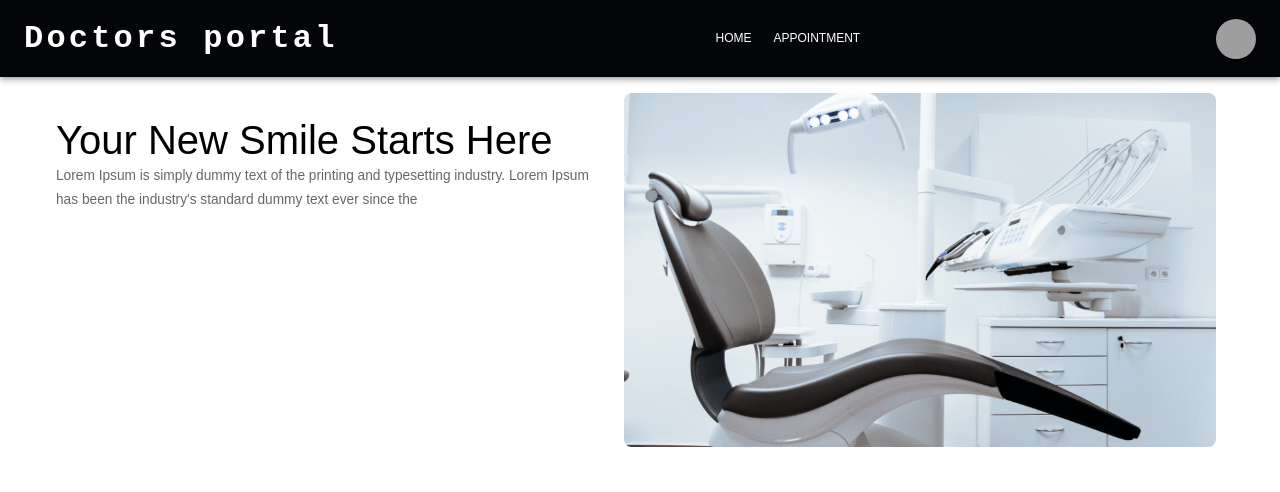
Repository: mdrubel02/health-care
Page: /
An editor plug-in stored every save of this project. The page is shown before and after the next save, followed by the edit.
The browser window is 1280 px wide. The pictures show the whole page.
Pictures or frames that could not be fetched are drawn as grey boxes. The project was rebuilt for these pictures with package versions that can differ from the ones it lists, and the page was loaded fresh each time. Also part of the build but not shown: src/Pages/Appointment/Appointment.js.

Above is the page before, as saved 2022-11-14 16:57:34.

### src/index.js
import React from 'react';
import ReactDOM from 'react-dom';
import './index.css';
import App from './App';
import reportWebVitals from './reportWebVitals';
import { ColorContextProvider } from './Theme/Theme';

ReactDOM.render(
  <React.StrictMode>
    <ColorContextProvider>
      <App />
    </ColorContextProvider>
  </React.StrictMode>,
  document.getElementById('root')
);

// If you want to start measuring performance in your app, pass a function
// to log results (for example: reportWebVitals(console.log))
// or send to an analytics endpoint. Learn more: https://bit.ly/CRA-vitals
reportWebVitals();

### src/App.js
import { RouterProvider } from 'react-router-dom';
import router from './Layout/router';

function App() {
  return (
    <div>
     <RouterProvider router={router}></RouterProvider>
    </div>
  );
}

export default App;

### src/Theme/Theme.js
import { createTheme, ThemeProvider } from "@mui/material";
import { createContext, useMemo, useState } from "react";

// color design tokens export
export const DrawerWidth = 250;
export const tokens = (mode) => ({
    ...(mode === "dark"
        ? {
            grey: {
                100: "#e0e0e0",
                200: "#c2c2c2",
                300: "#a3a3a3",
                400: "#858585",
                500: "#666666",
                600: "#525252",
                700: "#3d3d3d",
                800: "#292929",
                900: "#141414",
            },
            primary: {
                100: "#d0d1d5",
                200: "#a1a4ab",
                300: "#727681",
                400: "#1F2A40",
                500: "#141b2d",
                600: "#101624",
                700: "#0c101b",
                800: "#080b12",
                900: "#040509",
            },
            greenAccent: {
                100: "#dbf5ee",
                200: "#b7ebde",
                300: "#94e2cd",
                400: "#70d8bd",
                500: "#4cceac",
                600: "#3da58a",
                700: "#2e7c67",
                800: "#1e5245",
                900: "#0f2922",
            },
            redAccent: {
                100: "#f8dcdb",
                200: "#f1b9b7",
                300: "#e99592",
                400: "#e2726e",
                500: "#db4f4a",
                600: "#af3f3b",
                700: "#832f2c",
                800: "#58201e",
                900: "#2c100f",
            },
            blueAccent: {
                100: "#e1e2fe",
                200: "#c3c6fd",
                300: "#a4a9fc",
                400: "#868dfb",
                500: "#6870fa",
                600: "#535ac8",
                700: "#3e4396",
                800: "#2a2d64",
                900: "#151632",
            },
        }
        : {
            grey: {
                100: "#141414",
                200: "#292929",
                300: "#3d3d3d",
                400: "#525252",
                500: "#666666",
                600: "#858585",
                700: "#a3a3a3",
                800: "#c2c2c2",
                900: "#e0e0e0",
            },
            primary: {
                100: "#040509",
                200: "#080b12",
                300: "#0c101b",
                400: "#f2f0f0", // manually changed
                500: "#141b2d",
                600: "#1F2A40",
                700: "#727681",
                800: "#a1a4ab",
                900: "#d0d1d5",
            },
            greenAccent: {
                100: "#0f2922",
                200: "#1e5245",
                300: "#2e7c67",
                400: "#3da58a",
                500: "#4cceac",
                600: "#70d8bd",
                700: "#94e2cd",
                800: "#b7ebde",
                900: "#dbf5ee",
            },
            redAccent: {
                100: "#2c100f",
                200: "#58201e",
                300: "#832f2c",
                400: "#af3f3b",
                500: "#db4f4a",
                600: "#e2726e",
                700: "#e99592",
                800: "#f1b9b7",
                900: "#f8dcdb",
            },
            blueAccent: {
                100: "#151632",
                200: "#2a2d64",
                300: "#3e4396",
                400: "#535ac8",
                500: "#6870fa",
                600: "#868dfb",
                700: "#a4a9fc",
                800: "#c3c6fd",
                900: "#e1e2fe",
            },
        }),
});

// mui theme settings
export const themeSettings = (mode) => {
    const colors = tokens(mode);
    return {
        palette: {
            mode: mode,
            ...(mode === "dark"
                ? {
                    // palette values for dark mode
                    primary: {
                        main: colors.primary[500],
                    },
                    secondary: {
                        main: colors.greenAccent[500],
                    },
                    neutral: {
                        dark: colors.grey[700],
                        main: colors.grey[500],
                        light: colors.grey[100],
                    },
                    background: {
                        default: colors.primary[500],
                    },
                }
                : {
                    // palette values for light mode
                    primary: {
                        main: colors.primary[100],
                    },
                    secondary: {
                        main: colors.greenAccent[500],
                    },
                    neutral: {
                        dark: colors.grey[700],
                        main: colors.grey[500],
                        light: colors.grey[100],
                    },
                    background: {
                        default: "#fcfcfc",
                    },
                }),
        },
        components: {

            MuiButton: {
                defaultProps: {
                    disableRipple: true,
                    disableElevation: true,
                    styleOverrides: {
                        textDecoration: 'none',
                        "&:hover": {
                            color: "#fff"
                        }
                    },
                },
                MuiTooltip: {
                    defaultProps: {
                      arrow: true,
                    },
                    styleOverrides: {
                      tooltip: {
                        background: '',
                      },
                      arrow: {
                        color: '',
                      },
                    },
                  },
            },
            MuiDrawer: {
                styleOverrides: {
                  paper: {
                    width: DrawerWidth,
                    background: '',
                    color: '',
                    borderRadius: '0px 100px 0px 0px',
                    borderRight: `1px solid `
                  }
                }
              },
              MuiDivider: {
                styleOverrides: {
                  root: {
                    borderColor: 'gray'
                  }
                }
              },
        },
        typography: {
            fontFamily: ["Source Sans Pro", "sans-serif"].join(","),
            fontSize: 12,
            h1: {
                fontFamily: ["Source Sans Pro", "sans-serif"].join(","),
                fontSize: 40,
            },
            h2: {
                fontFamily: ["Source Sans Pro", "sans-serif"].join(","),
                fontSize: 32,
            },
            h3: {
                fontSize: '1.3rem',
                letterSpacing: '0rem',
                '@media (min-width:600px)': {
                  fontSize: '2rem',
                },
            },
            h4: {
                fontFamily: ["Source Sans Pro", "sans-serif"].join(","),
                fontSize: 20,
            },
            h5: {
                fontFamily: ["Source Sans Pro", "sans-serif"].join(","),
                fontSize: 16,
            },
            h6: {
                fontFamily: ["Source Sans Pro", "sans-serif"].join(","),
                fontSize: 14,
            },
        },
    };
};

export const ColorModeContext = createContext({
    toggleMode: () => { },
    mode: "light"
})


export const ColorContextProvider = ({ children }) => {
    const [mode, setMode] = useState("light")

    const colorMode = useMemo(() => ({
        toggleMode: () => setMode(prevMode => prevMode === "light" ? "dark" : "light"),
        mode
    }), [mode])
    const theme = useMemo(() => createTheme(themeSettings(mode)), [mode]);

    return (
        <ColorModeContext.Provider value={colorMode}>
            <ThemeProvider theme={theme}>
                {children}
            </ThemeProvider>
        </ColorModeContext.Provider>
    )
}

### src/Layout/router.js
import { createBrowserRouter } from "react-router-dom";
import Appointment from "../Pages/Appointment/Appointment";
import Home from "../Pages/Home/Home";
import Main from "./Main";


const router = createBrowserRouter([{
    path: '/',
    element: <Main/>,
    children: [
        {path: '/',element: <Home/>},
        {path: '/home',element: <Home/>},
        {path: '/appointment',element: <Appointment/>},
    ]
}])
export default router;

### src/Pages/Home/Home.js
import { Container } from '@mui/material';
import React from 'react';
import Banner from './Banner/Banner';

const Home = () => {
    return (
        <Container>
           <Banner />
        </Container>
    );
};

export default Home;

### src/Layout/Main.js
import React from 'react';
import { Outlet } from 'react-router-dom';
import Header from '../Pages/Header/Header';

const Main = () => {
    return (
        <div>
           <Header/>
           <Outlet/>

        </div>
    );
};

export default Main;

### src/Pages/Home/Banner/Banner.js
import React from 'react';
import { Box, CardContent, CardMedia, Grid, Typography } from '@mui/material';
import chair from '../../../assets/images/chair.png'

const Banner = () => {
    return (
        <Box sx={{  marginTop: '3rem', marginBottom: '3rem' }}>
            <Grid sx={{ flexGrow: 2}} container spacing={4}  >
                <Grid xs={12} md={12} lg={6}>
                    <Box sx={{ padding: '.5rem' }}>
                        <CardContent sx={{ flex: '1 0 auto' }}>
                            <Typography component="div" variant="h1">
                                Your New Smile Starts Here
                            </Typography>
                            <Typography variant="subtitle1" color="text.secondary" component="p">
                                Lorem Ipsum is simply dummy text of the printing and typesetting industry. Lorem Ipsum has been the industry's standard dummy text ever since the
                            </Typography>
                        </CardContent>

                    </Box>
                </Grid>
                <Grid xs={6} md={12} lg={6}>
                    <CardMedia
                        component="img"
                        sx={{ maxWidth: '100%'}}
                        image={chair}
                        alt="Live from space album cover"
                    />
                </Grid>
            </Grid>
        </Box>
    );
};

export default Banner;

### src/Pages/Header/Header.js
import { AppBar, Avatar, Box, Button, Container, IconButton, Menu, MenuItem, Toolbar, Tooltip, Typography, useTheme } from '@mui/material';
import AdbIcon from '@mui/icons-material/Adb';
import MenuIcon from '@mui/icons-material/Menu';
import { Link as RouterLink } from 'react-router-dom';
import React, { useState } from 'react';
import { tokens } from '../../Theme/Theme';
// import { Link } from 'react-router-dom';
import './Header.css'


const settings = ['Profile', 'Account', 'Dashboard', 'Logout'];

const Header = () => {
    const theme = useTheme();
    const colors = tokens(theme.palette.mode);
    const [anchorElNav, setAnchorElNav] = useState(null);
    const [anchorElUser, setAnchorElUser] = useState(null);

    const items = <React.Fragment>
        <Button sx={{ color: 'white' }} component={RouterLink} to="/home">Home</Button>
        <Button sx={{ color: 'white' }} component={RouterLink} to="/appointment">Appointment</Button>
    </React.Fragment>

    const handleOpenNavMenu = (event) => {
        setAnchorElNav(event.currentTarget);
    };
    const handleOpenUserMenu = (event) => {
        setAnchorElUser(event.currentTarget);
    };

    const handleCloseNavMenu = () => {
        setAnchorElNav(null);
    };

    const handleCloseUserMenu = () => {
        setAnchorElUser(null);
    };
    return (
        <AppBar position="static">
            <Container maxWidth="xl">
                <Toolbar disableGutters>

                    <Typography
                        variant="h3"
                        noWrap
                        component="a"
                        href="/"
                        sx={{
                            mr: 2,
                            display: { xs: 'none', md: 'flex' },
                            fontFamily: 'monospace',
                            fontWeight: 700,
                            letterSpacing: '.2rem',
                            color: 'inherit',
                            textDecoration: 'none',
                        }}
                    >
                        Doctors portal
                    </Typography>

                    <Box className='middle' sx={{ flexGrow: 1, display: { xs: 'flex' ,  md: 'none' },justifyContent: 'center' }}>
                        <IconButton
                            size="large"
                            aria-label="account of current user"
                            aria-controls="menu-appbar"
                            aria-haspopup="true"
                            onClick={handleOpenNavMenu}
                            color="inherit"
                        >
                            <MenuIcon />
                        </IconButton>
                        <Menu
                            id="menu-appbar"
                            anchorEl={anchorElNav}
                            anchorOrigin={{
                                vertical: 'bottom',
                                horizontal: 'left',
                            }}
                            keepMounted
                            transformOrigin={{
                                vertical: 'top',
                                horizontal: 'left',
                            }}
                            open={Boolean(anchorElNav)}
                            onClose={handleCloseNavMenu}
                            sx={{
                                display: { xs: 'block', md: 'none' },
                            }}
                        >

                            <MenuItem onClick={handleCloseNavMenu}>
                                <Typography variant="h5" sx={{ color: 'withe' }} textAlign="center">{items}</Typography>
                            </MenuItem>

                        </Menu>
                    </Box>

                    <Typography
                        variant="h3"
                        noWrap
                        component="a"
                        href=""
                        sx={{
                            mr: 2,
                            display: { xs: 'flex', md: 'none' },
                            flexGrow: 1,
                            fontFamily: 'monospace',
                            fontWeight: 700,
                            letterSpacing: '.3rem',
                            color: 'inherit',
                            textDecoration: 'none',
                        }}
                    >
                        Doctors portal
                    </Typography>
                    <Box sx={{ flexGrow: 1, display: { xs: 'none', md: 'flex' } }}>

                        <Button

                            onClick={handleCloseNavMenu}
                            sx={{ color: `${colors.grey[400]} !important`, my: 2, display: 'block' }}
                        >
                            {items}
                        </Button>

                    </Box>

                    <Box sx={{ flexGrow: 0 }}>
                        <Tooltip title="Open settings">
                            <IconButton onClick={handleOpenUserMenu} sx={{ p: 0 }}>
                                <Avatar alt="Remy Sharp" src="/static/images/avatar/2.jpg" />
                            </IconButton>
                        </Tooltip>
                        <Menu
                            sx={{ mt: '45px' }}
                            id="menu-appbar"
                            anchorEl={anchorElUser}
                            anchorOrigin={{
                                vertical: 'top',
                                horizontal: 'right',
                            }}
                            keepMounted
                            transformOrigin={{
                                vertical: 'top',
                                horizontal: 'right',
                            }}
                            open={Boolean(anchorElUser)}
                            onClose={handleCloseUserMenu}
                        >
                            {settings.map((setting) => (
                                <MenuItem key={setting} onClick={handleCloseUserMenu}>
                                    <Typography textAlign="center">{setting}</Typography>
                                </MenuItem>
                            ))}
                        </Menu>
                    </Box>
                </Toolbar>
            </Container>
        </AppBar>
    );
};

export default Header;

### src/Pages/Header/Header.css
.lip{
    color: white;
}
.css-1t6c9ts{
    justify-content: center;
}

Loaded but not shown: public/index.html (common file); src/index.css (common file); src/reportWebVitals.js (common file)

After the next save:
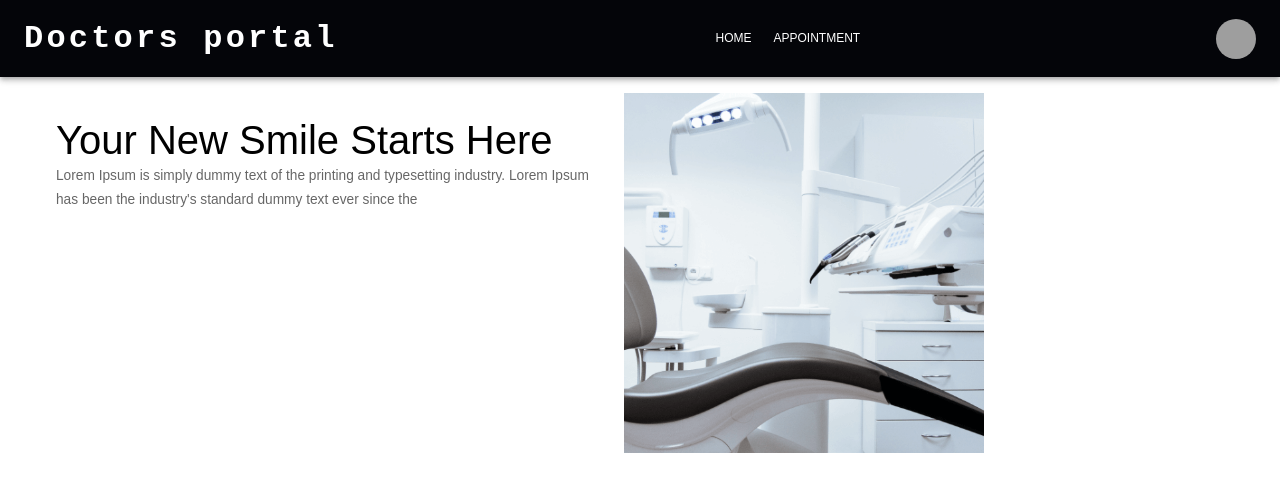
Saved 2 min 43 s later.
--- a/src/Pages/Home/Banner/Banner.js
+++ b/src/Pages/Home/Banner/Banner.js
@@ -22,7 +22,7 @@ const Banner = () => {
                 <Grid xs={6} md={12} lg={6}>
                     <CardMedia
                         component="img"
-                        sx={{ maxWidth: '100%'}}
+                        sx={{ width: '50vh',height: '50vh'}}
                         image={chair}
                         alt="Live from space album cover"
                     />
